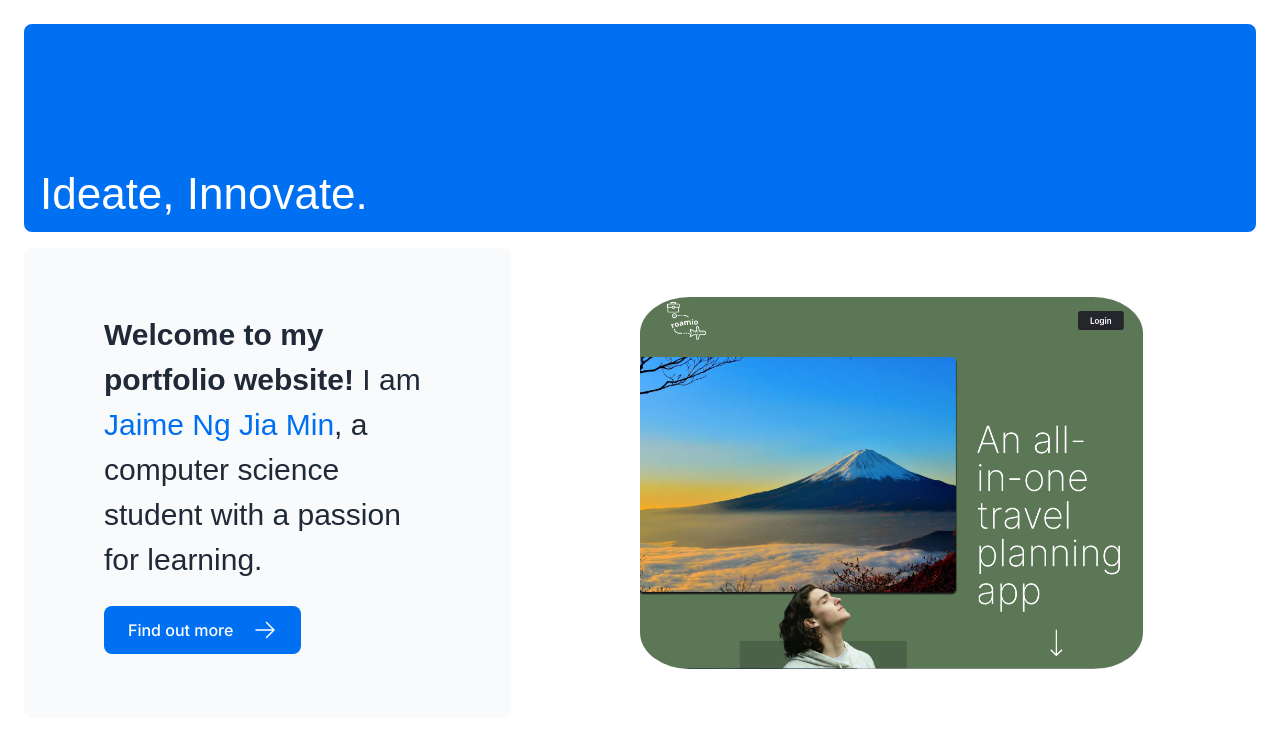
Repository: ThatGirlJam/jaime-portfolio
Page: /
The author's editor kept a copy of each file at every save. The page is drawn from the files as they stood at one save, then again after the next save.
The browser window is 1280 px wide. The pictures show the whole page.
Some web fonts or font styles are not loaded; a fallback is used. The project was rebuilt for these pictures with package versions that can differ from the ones it lists, and the page was loaded fresh each time. The framework's server and built-in components were replaced by stand-ins that run in the browser. Also part of the build but not shown: next.config.js.

Above is the page before, as saved 2024-04-09 21:18:53.

### app/page.tsx
import AcmeLogo from '@/app/ui/acme-logo';
import { ArrowRightIcon } from '@heroicons/react/24/outline';
import Link from 'next/link';
import { lusitana } from '@/app/ui/fonts';
import Image from 'next/image';

export default function Page() {
  const imageStyle = {
    borderRadius: '10%',
    border: '1px solid #fff',
  };

  return (
    <main className="flex min-h-screen flex-col p-6">
      <div className="flex h-20 shrink-0 items-end rounded-lg bg-blue-500 p-4 md:h-52">
        <AcmeLogo />
      </div>
      <div className="mt-4 flex grow flex-col gap-4 md:flex-row">
        <div className="flex flex-col justify-center gap-6 rounded-lg bg-gray-50 px-6 py-10 md:w-2/5 md:px-20">
          <p
            className={`${lusitana.className} text-xl text-gray-800 md:text-3xl md:leading-normal`}
          >
            <strong>Welcome to my portfolio website!</strong> I am{' '}
            <a
              href="https://www.linkedin.com/in/jaime-ng-jm"
              target="_blank"
              className="text-blue-500"
            >
              Jaime Ng Jia Min
            </a>
            , a computer science student with a passion for learning.
          </p>
          <Link
            href="/dashboard"
            className="flex items-center gap-5 self-start rounded-lg bg-blue-500 px-6 py-3 text-sm font-medium text-white transition-colors hover:bg-blue-400 md:text-base"
          >
            <span>Find out more</span> <ArrowRightIcon className="w-5 md:w-6" />
          </Link>
        </div>
        <div className="flex items-center justify-center p-6 md:w-3/5 md:px-28 md:py-12">
          {/* Add Hero Images Here */}
          <Image
            src="/hero-desktop-roamio.png"
            width={961}
            height={710}
            className="hidden md:block"
            style={imageStyle}
            alt="Screenshots of the dashboard project showing desktop version"
          />
          <Image
            src="/hero-mobile.png"
            width={560}
            height={620}
            className="block md:hidden"
            alt="Screenshots of the dashboard project showing mobile version"
          />
        </div>
      </div>
    </main>
  );
}

### app/ui/fonts.ts
import { Inter } from 'next/font/google';
import { Lusitana } from 'next/font/google';

export const inter = Inter({ subsets: ['latin'] });

export const lusitana = Lusitana({
  weight: ['400', '700'],
  subsets: ['latin'],
});

### app/ui/acme-logo.tsx
import { lusitana } from '@/app/ui/fonts';

export default function AcmeLogo() {
  return (
    <div
      className={`${lusitana.className} flex flex-row items-center leading-none text-white`}
    >
      <p className="text-[44px]">Ideate, Innovate.</p>
    </div>
  );
}

Loaded but not shown: app/layout.tsx (common file); app/ui/global.css (common file); tailwind.config.ts (common file)

After the next save:
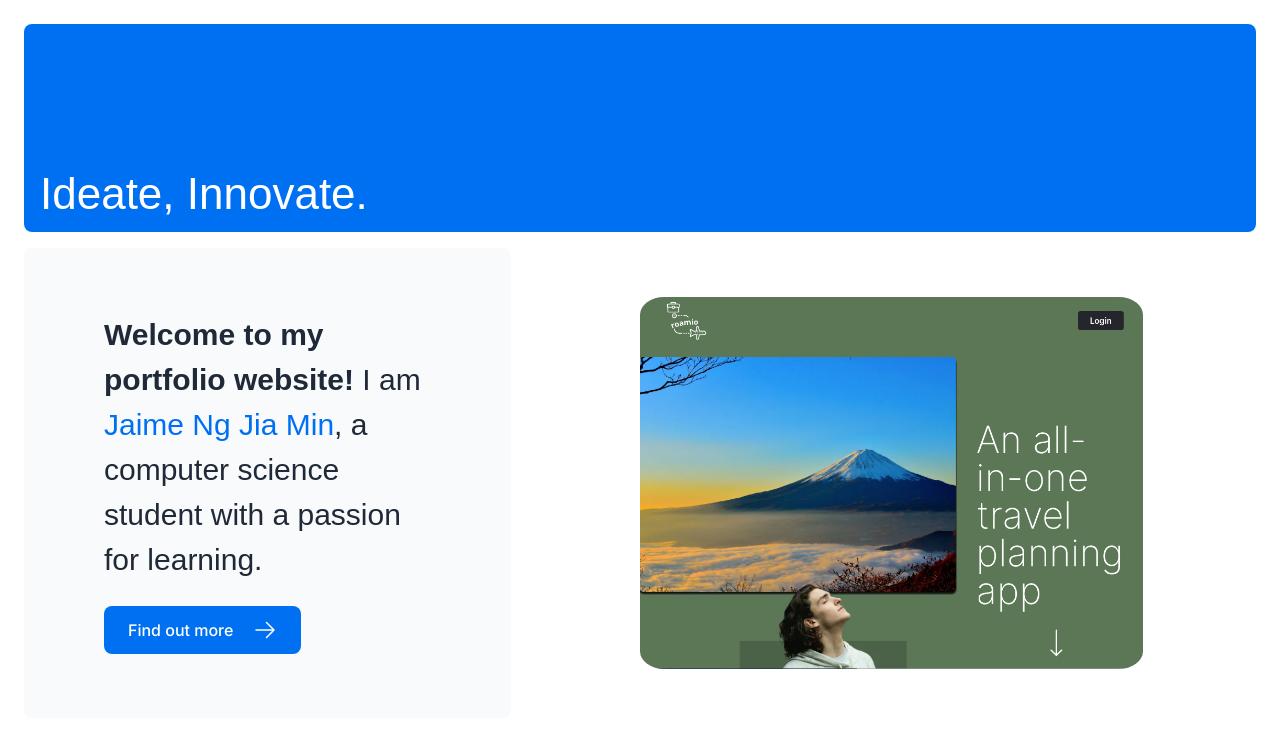
Saved 4 s later.
--- a/app/page.tsx
+++ b/app/page.tsx
@@ -6,7 +6,7 @@ import Image from 'next/image';
 
 export default function Page() {
   const imageStyle = {
-    borderRadius: '10%',
+    borderRadius: '5%',
     border: '1px solid #fff',
   };
 
